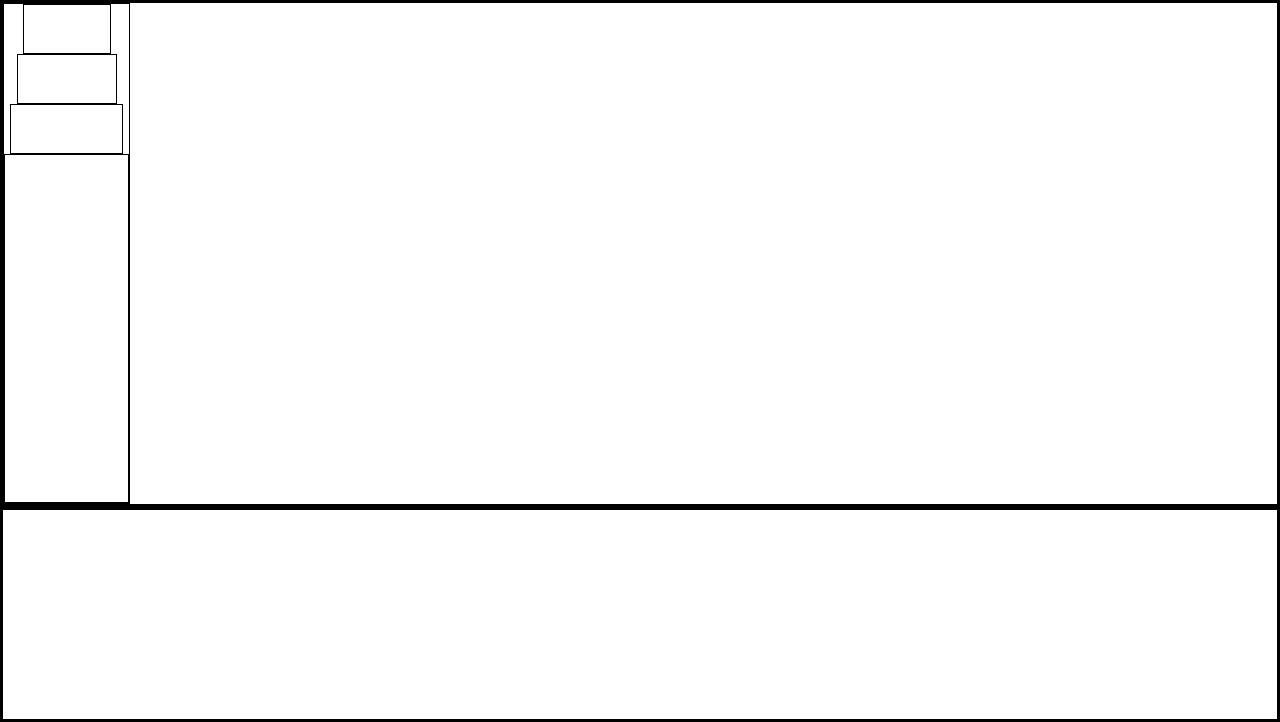
Repository: Lungdjos/city_skyline
Page: index.html
The author's editor kept a copy of each file at every save. The page is drawn from the files as they stood at one save, then again after a run of saves.
The browser window is 1280 px wide. The pictures show the whole page.

Above is the page before, as saved 2023-12-11 09:41:16.

After the next 2 saves:
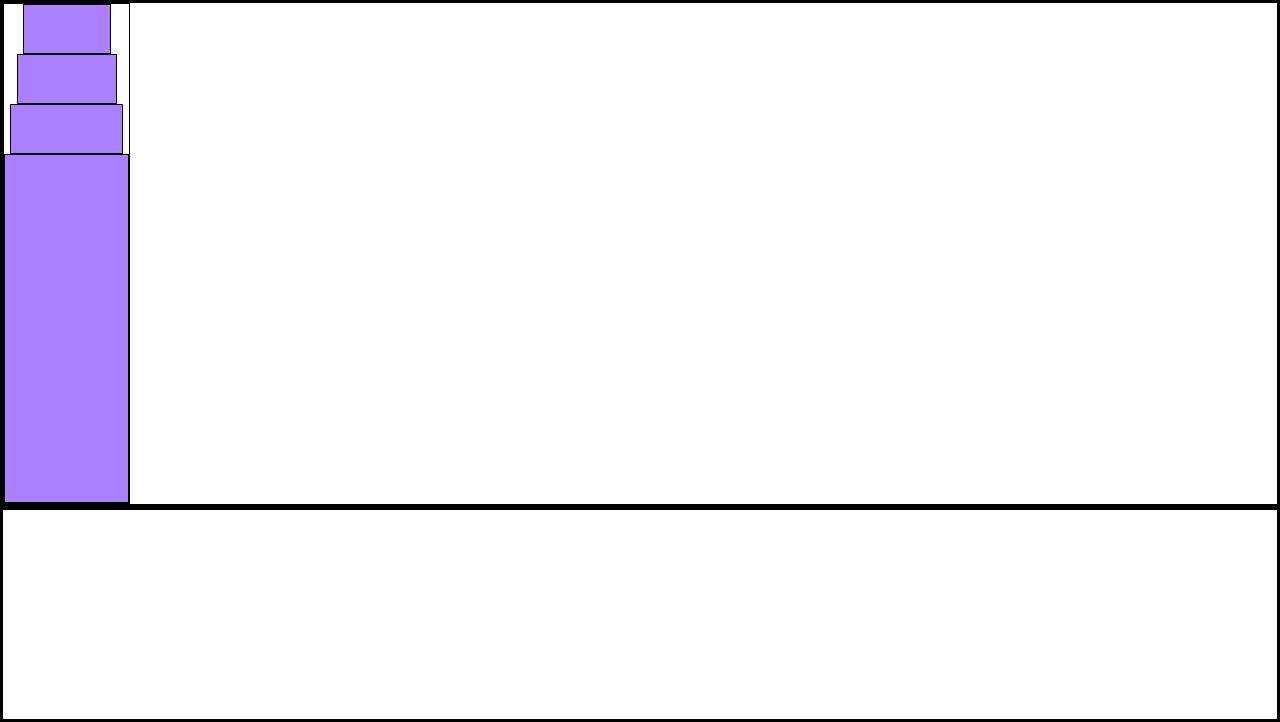
The 2 saves are shown as one change because they came seconds apart.
The last was saved 37 s later.
--- a/styles.css
+++ b/styles.css
@@ -20,7 +20,7 @@ body {
     display: flex;
     flex-direction: column;
     align-items: center;
-    --building-color1: #aa;
+    --building-color1: #aa80ff;
 }
 
 .bb1a {
@@ -46,3 +46,5 @@ body {
     height: 70%;
     background-color: var(--building-color1);
 }
+
+bb2 {}
